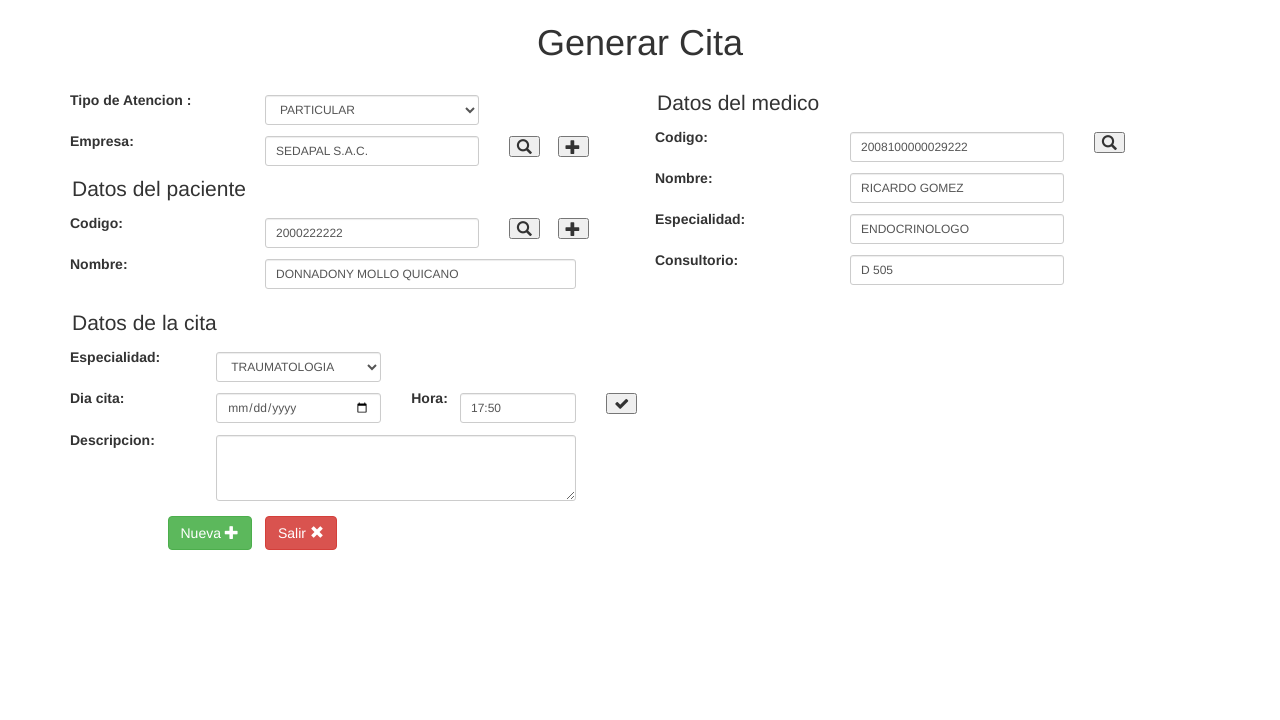
Repository: Donyx10/ADSII-ProyectoClinica
Page: http://localhost/AvanceWeb/GeneraCitaMedica.jsp
An editor plug-in stored every save of this project. The page is shown before and after the next save, followed by the edit.
The browser window is 1280 px wide. The pictures show the whole page.
Some web fonts or font styles are not loaded; a fallback is used. The page is served by Tomcat 9.

Above is the page before, as saved 2018-06-04 05:35:30.

After the next save:
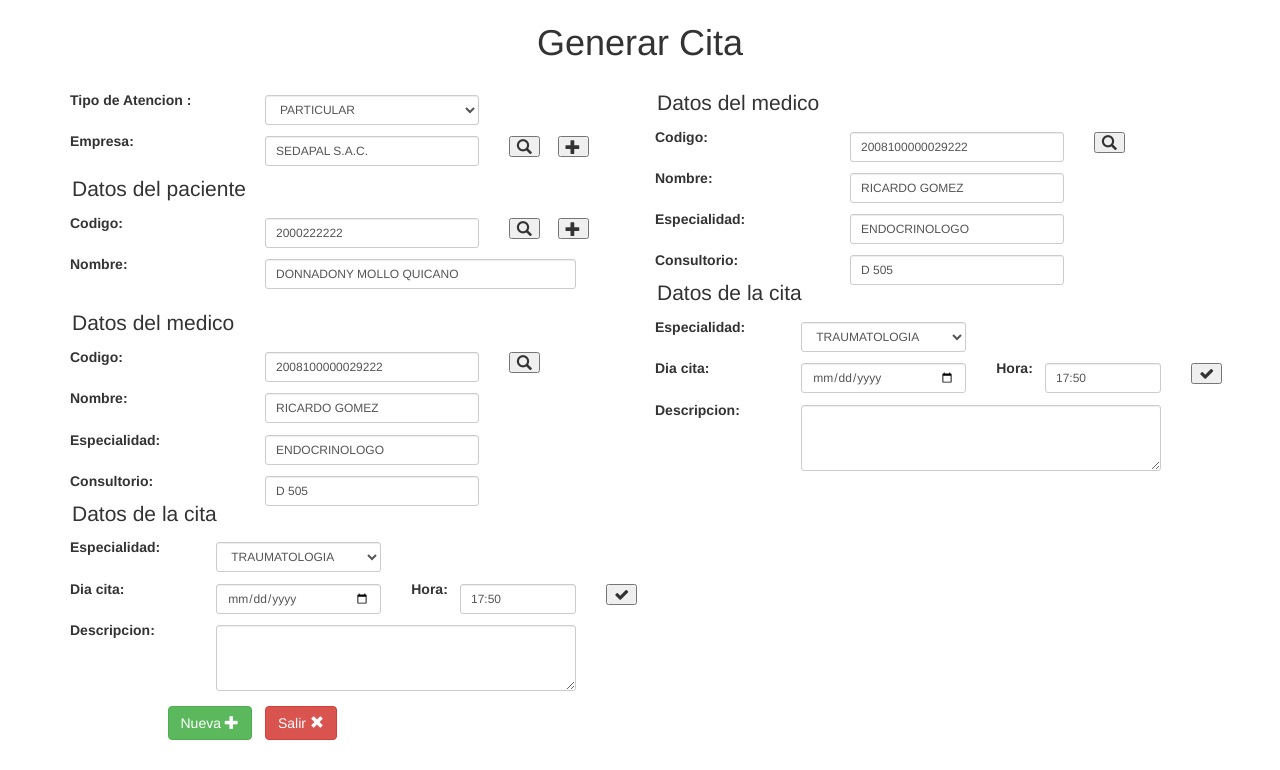
Saved 43 s later.
--- a/WebDemo/AvanceWeb/WebContent/GeneraCitaMedica.jsp
+++ b/WebDemo/AvanceWeb/WebContent/GeneraCitaMedica.jsp
@@ -111,6 +111,56 @@
 					<br>
 					<div class="form-group row" id="cita" >
 						<div class="col-md-12">
+						<fieldset>
+								<legend>Datos del medico</legend>
+
+								<div class="row">
+									<div class="col-md-4">
+										<label class="" for="id_codigo">Codigo:</label>
+									</div>
+									<div class="col-md-5">
+										<input class="form-control input-sm" type="text"
+											id="id_codigo" value="2008100000029222"
+											name="computadora.nombre" placeholder="Ingrese el codigo">
+
+									</div>
+									<div class="col-md-1">
+										<button style="font-size: 15px">
+											<i class="glyphicon glyphicon-search"></i>
+										</button>
+									</div>
+								</div>
+								<br>
+								<div class="row">
+									<div class="col-md-4">
+										<label class="" for="">Nombre:</label>
+									</div>
+									<div class="col-md-5">
+										<input class="form-control input-sm" type="text" id=""
+											value="RICARDO GOMEZ" name="" placeholder="Ingrese el nombre">
+									</div>
+								</div>
+								<br>
+								<div class="row">
+									<div class="col-md-4">
+										<label class="" for="">Especialidad:</label>
+									</div>
+									<div class="col-md-5">
+										<input class="form-control input-sm" type="text" id="" name=""
+											value="ENDOCRINOLOGO" placeholder="Ingrese la especialidad">
+									</div>
+								</div>
+								<br>
+								<div class="row">
+									<div class="col-md-4">
+										<label class="" for="">Consultorio:</label>
+									</div>
+									<div class="col-md-5">
+										<input class="form-control input-sm" type="text" id="" name=""
+											value="D 505" placeholder="Ingrese el consultorio">
+									</div>
+								</div>
+							</fieldset>
 							<fieldset>
 								<legend>Datos de la cita </legend>
 								<div class="row">
@@ -242,6 +292,67 @@
 									</div>
 								</div>
 							</fieldset>
+							<fieldset>
+								<legend>Datos de la cita </legend>
+								<div class="row">
+									<div class="col-md-3">
+										<label class="" for="">Especialidad:</label>
+									</div>
+									<div class="col-md-4">
+										<select class="form-control input-sm">
+											<option>TRAUMATOLOGIA
+											<option>CIRUJIA
+											<option>GINECOLOGIA
+										</select>
+									</div>
+								</div>
+								<br>
+								<!--
+						<div class="row">
+							<div class="col-md-3">
+								<label class="" for="">Numero:</label>
+							</div>
+							<div class="col-md-3">
+								<input class="form-control" type="text" id="" name="" value="001-000029"
+									size="10" placeholder="Numero">
+							</div>
+						</div>
+						<br>-->
+								<div class="row">
+									<div class="col-md-3">
+										<label class="" for="id_codigo">Dia cita:</label>
+									</div>
+									<div class="col-md-4">
+										<input class="form-control input-sm" type="date" id=""
+											value="5/18/2018" name="" placeholder="Dia" size="10">
+
+									</div>
+
+									<div class="col-md-1">
+										<label class="" for="id_codigo">Hora:</label>
+									</div>
+									<div class="col-md-3">
+										<input class="form-control input-sm" type="text" id="" name=""
+											value="17:50" placeholder="Hora" size="10">
+
+									</div>
+									<div class="col-md-1">
+										<button style="font-size: 15px">
+											<i class="fa fa-check"></i>
+										</button>
+
+									</div>
+								</div>
+								<br>
+								<div class="row">
+									<div class="col-md-3">
+										<label class="" for="">Descripcion:</label>
+									</div>
+									<div class="col-lg-8">
+										<textarea class="form-control input-sm" rows="3" id="comment"></textarea>
+									</div>
+								</div>
+							</fieldset>
 						</div>
 					</div>
 				</div>
